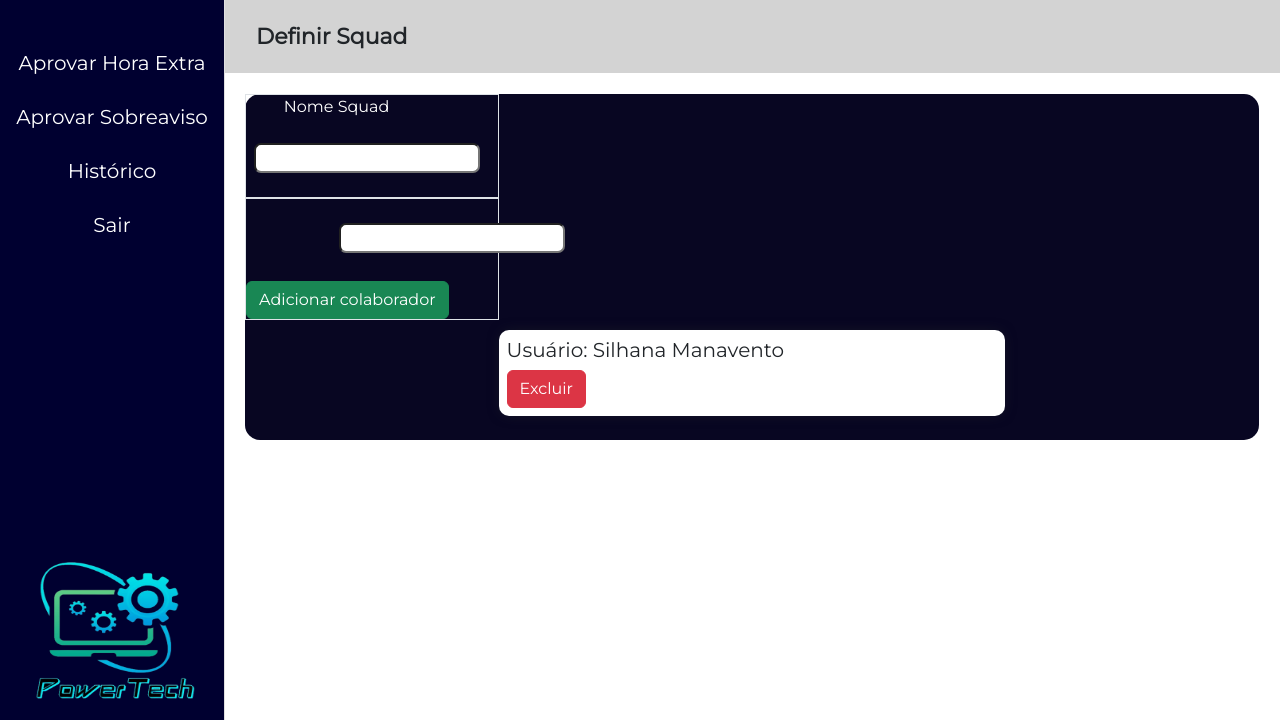
Repository: PowerTech-Fatec/API-2RP-NET
Page: /adm/squad (app in Sprint 3/2rp-web/)
These files come from the project's save history. The page is drawn as it stood at one moment and after the next save; the edit follows.
The browser window is 1280 px wide. The pictures show the whole page.
The project was rebuilt for these pictures with package versions that can differ from the ones it lists, and the page was loaded fresh each time. Also part of the build but not shown: Sprint 3/2rp-web/src/pages/login/login.js, Sprint 3/2rp-web/src/pages/home/dashboard.js, Sprint 3/2rp-web/src/pages/home/sobreaviso/sobreaviso.css, Sprint 3/2rp-web/src/pages/home/sobreaviso/sobreaviso.js, Sprint 3/2rp-web/src/pages/home/hora-extra/hora-extra.css, Sprint 3/2rp-web/src/pages/home/hora-extra/hora-extra.js, Sprint 3/2rp-web/src/components/cards/Cards.js, Sprint 3/2rp-web/src/pages/home/gestor/aprovar-hora-extra/gestor.js and 3 more.

Above is the page before, as saved 2022-11-02 16:28:00.

### Sprint 3/2rp-web/src/index.js
import React from 'react';
import ReactDOM from 'react-dom/client';
import './index.css';
import App from './App';
import reportWebVitals from './reportWebVitals';
import { BrowserRouter } from 'react-router-dom';
import 'bootstrap/dist/css/bootstrap.min.css';
import 'bootstrap-icons/font/bootstrap-icons.css';

import Popper from '@popperjs/core';
import 'bootstrap/dist/js/bootstrap.bundle.min';

const root = ReactDOM.createRoot(document.getElementById('root'));
root.render(
  <BrowserRouter>
    <App />
  </BrowserRouter>
);

// If you want to start measuring performance in your app, pass a function
// to log results (for example: reportWebVitals(console.log))
// or send to an analytics endpoint. Learn more: https://bit.ly/CRA-vitals
reportWebVitals();

### Sprint 3/2rp-web/src/App.js
import React from 'react'
import './App.css';
import { Routes, Route } from 'react-router-dom'
import Login from './pages/login/login'
import Dashboard from './pages/home/dashboard'
import Sobreaviso from './pages/home/sobreaviso/sobreaviso'
import HoraExtra from './pages/home/hora-extra/hora-extra'
import Gestor from './pages/home/gestor/aprovar-hora-extra/gestor'
import GestorSobreaviso from './pages/home/gestor/aprovar-sobreaviso/gestor-sobreaviso'
import GestorHistorico from './pages/home/gestor/historico/gestor-historico'
import Squad from './pages/home/adm/squad/def-squad'

function App() {
  return (
    <Routes>
      <Route path='/login' element={<Login />} />
      <Route path='/dashboard' element={<Dashboard />} />
      <Route path='/horaextra' element={<HoraExtra />} />
      <Route path='/sobreaviso' element={<Sobreaviso />} />
      <Route path='/gestor' element={<Gestor />} />
      <Route path='/gestor-sobreaviso' element={<GestorSobreaviso />} />
      <Route path='/gestor-historico' element={<GestorHistorico />} />
      <Route path='/adm/squad' element={<Squad />} />
      <Route path='*' element={<Login />} />
    </Routes>

  );
}

export default App;

### Sprint 3/2rp-web/src/App.css
@font-face {
    font-family: 'Montserrat';
    src: url(./assets/fonts/Montserrat-Regular.ttf);
}

*{
    font-family: 'Montserrat';
}

.ml-1{margin-left: 0.25rem;}
.ml-2{margin-left: 0.5rem;}
.ml-3{margin-left: 0.75rem;}
.ml-4{margin-left: 1rem;}
.ml-5{margin-left: 1.25rem;}

### Sprint 3/2rp-web/src/pages/home/adm/squad/def-squad.js
import Sidebar from "../../../../components/sidebar"
import Header from "../../../../components/header/header";
import Card from "../../../../components/cards/Squad"
import './def-squad.css'

import React, { Component, useEffect, useState } from 'react';


function Squad() {
    return (
        <Sidebar>
          <Header nome="Definir Squad"></Header>

          {/* linha 1: solitações, filtro */}
          <div className="background d-flex flex-column aling-itens-center">

            <div>
            <div className="border col-3">
            <span className="soli">
            <label className="font">Nome Squad</label> <input className="squad-name mt-4 mb-4 ml-2"></input>
            </span>
            </div>


            <div className="border col-3">
            <span className="filtroLabel">
            <input className="squad-name mt-4 mb-4"></input><button type="button" class="btn btn-success mt-1">Adicionar colaborador</button>
            </span>
            </div>


            {/* card info hora extra */}
            <div className="d-flex flex-column aling-itens-center">
            <Card
              Usuario = " Silhana Manavento"
            />

            </div>


            </div>

          </div>
        </Sidebar>
    )
}

export default Squad

### Sprint 3/2rp-web/src/pages/login/login.css
.login{
    background: #090d23
    ;
}
.fundo{
    background-color: #090d23;
    width: 300px;
    height: 50px;
    color: #fff;
}
.fundoback{
    background-color: #262d28;
}
.fundocolor{
    background-color: #090d23;
}
.background{
    background-color: #9A9696;
}
.height{
    height: 100vh;

}
.tpm{
    margin-top: 150px;
}
.input{
    width: 350px;
    height: 40px;
}
.marg{
    margin-top: 100px;
    margin-left: 180px;
}
.svg{
    margin-top: 3px;
}

### Sprint 3/2rp-web/src/components/sidebar.js
import { Drawer, useTheme } from '@mui/material'
import { Box } from '@mui/system'
import './Sidebar.css'
import { Link } from 'react-router-dom'

import React from 'react'

function Sidebar({ children }) {
    const theme = useTheme();




    return (
        <>

            <Drawer variant='permanent'>
                <Box width={theme.spacing(28)} height={theme.spacing(100)} className ='side-bar  '>
                     <div className='texto mt-5'>

                                {/* <Link to='/dashboard' className ='side-links mt-4'>
                                    Dashboard
                                </Link>
                                <Link to='/horaextra' className ='side-links mt-4'>
                                    Apontar Hora Extra
                                </Link>
                                <Link to='/sobreaviso' className ='side-links mt-4' >
                                    Apontar Sobreaviso
                                </Link> */}

                                {/* Associar a lista de link */}
                                {/* <Link to='/gestor-dashboard' className ='side-links mt-4' >
                                    Dashboard
                                </Link> */}
                                <Link to='/gestor' className ='side-links mt-4' >
                                        Aprovar Hora Extra
                                </Link>
                                <Link to='/gestor-sobreaviso' className ='side-links mt-4' >
                                    Aprovar Sobreaviso
                                </Link>
                                <Link to='/gestor-historico' className ='side-links mt-4' >
                                    Histórico
                                </Link>


                                <Link to='/login' className ='side-links mt-4' >
                                    Sair
                                </Link>

                    </div>
                    <div className='footer'>
                        <img src={require('../assets/powertech.png')} height='140px' width='160px' />
                    </div>
                </Box>
            </Drawer>

            <Box height="100vh" marginLeft={theme.spacing(28)}>
                {children}
            </Box>
        </>
    );
}

export default Sidebar

### Sprint 3/2rp-web/src/components/header/header.js
import './header.css'

import React from 'react'

function Header(props) {

    return (
        <>
            <div className='bg-title'>
                <span className='title'>{props.nome}</span>
            </div>
        </>
    );
}

export default Header

### Sprint 3/2rp-web/src/pages/home/gestor/aprovar-hora-extra/gestor.css
.background{
    margin-top: 2%;
    margin-left: 2%;
    margin-right: 2%;
    border-radius: 15px;

    background-color: #080622;
}

/* .filtro{
    width: 20%;
} */

/* /* .soli{
    margin-left: 15%;
} */

.filtroLabel{
    margin-left: 37%;
} */

.font{
    color: white;
}

### Sprint 3/2rp-web/src/pages/home/gestor/aprovar-sobreaviso/gestor-sobreaviso.css
.background{
    margin-top: 2%;
    margin-left: 2%;
    margin-right: 2%;
    border-radius: 15px;

    background-color: #080622;
}

.filtro{
    width: 20%;
}

.soli{
    margin-left: 15%;
}

.filtroLabel{
    margin-left: 37%;
}

.font{
    color: white;
}

### Sprint 3/2rp-web/src/pages/home/gestor/historico/gestor-historico.css
.background{
    margin-top: 2%;
    margin-left: 2%;
    margin-right: 2%;
    border-radius:   15px;

    background-color: #080622;
}

.filtro{
    width: 20%;
}

.soli{
    margin-left: 15%;
}

.filtroLabel{
    margin-left: 37%;
}

.font{
    color: white;
}

### Sprint 3/2rp-web/src/components/cards/Squad.js
import React from "react";
import './Squad.css'

function Card(props) {
    return(
        <div className="card-container mb-4 col-6 offset-3">
            <div className="card-content">

            <div className="card-title ml-2 mt-2">
                <span>
                <h5>Usuário: {props.Usuario}</h5>
                <button type="button" class="btn btn-danger mb-2">Excluir</button>
                </span>
            </div>

            </div>

        </div>
    )
}

export default Card

### Sprint 3/2rp-web/src/pages/home/adm/squad/def-squad.css
.background{
    margin-top: 2%;
    margin-left: 2%;
    margin-right: 2%;
    border-radius: 15px;

    background-color: #080622;
}

.filtro{
    width: 20%;
}

.soli{
    margin-left: 15%;
}

.filtroLabel{
    margin-left: 37%;
}

.font{
    color: white;
}

.squad-name{
    border-radius: 7px;
}

### Sprint 3/2rp-web/src/components/Sidebar.css
.side-links {
    color: #fff;
    text-decoration: none;
    font-size: 20px;
    display: flex;
    justify-content: center;
}

.side-bar {
    background-color: #000030;
}

.footer{
    margin-bottom: 20px;
    margin-left: 35px;
    position: absolute;
    bottom: 0;
}

### Sprint 3/2rp-web/src/components/header/header.css
.bg-title{
    background-color: lightgray;
    padding: 20px 0px;
}

.title{
    font-size: 22px;
    font-weight: bold;
    margin-left: 2rem;
}

### Sprint 3/2rp-web/src/components/cards/Cards.css
.card-container{
    width: 900px;
    overflow: hidden;
    box-shadow: 0px 0px 15px -5px;
    border-radius: 10px;
    /* margin-left: 15%; */
    margin-top: 10px;

    background-color: white;
}

### Sprint 3/2rp-web/src/components/cards/Squad.css
.card-container{
    width: 600px;
    overflow: hidden;
    box-shadow: 0px 0px 15px -5px;
    border-radius: 10px;
    /* margin-left: 15%; */
    margin-top: 10px;

    background-color: white;
}

Loaded but not shown: Sprint 3/2rp-web/public/index.html (common file); Sprint 3/2rp-web/src/index.css (common file); Sprint 3/2rp-web/src/reportWebVitals.js (common file)

After the next save:
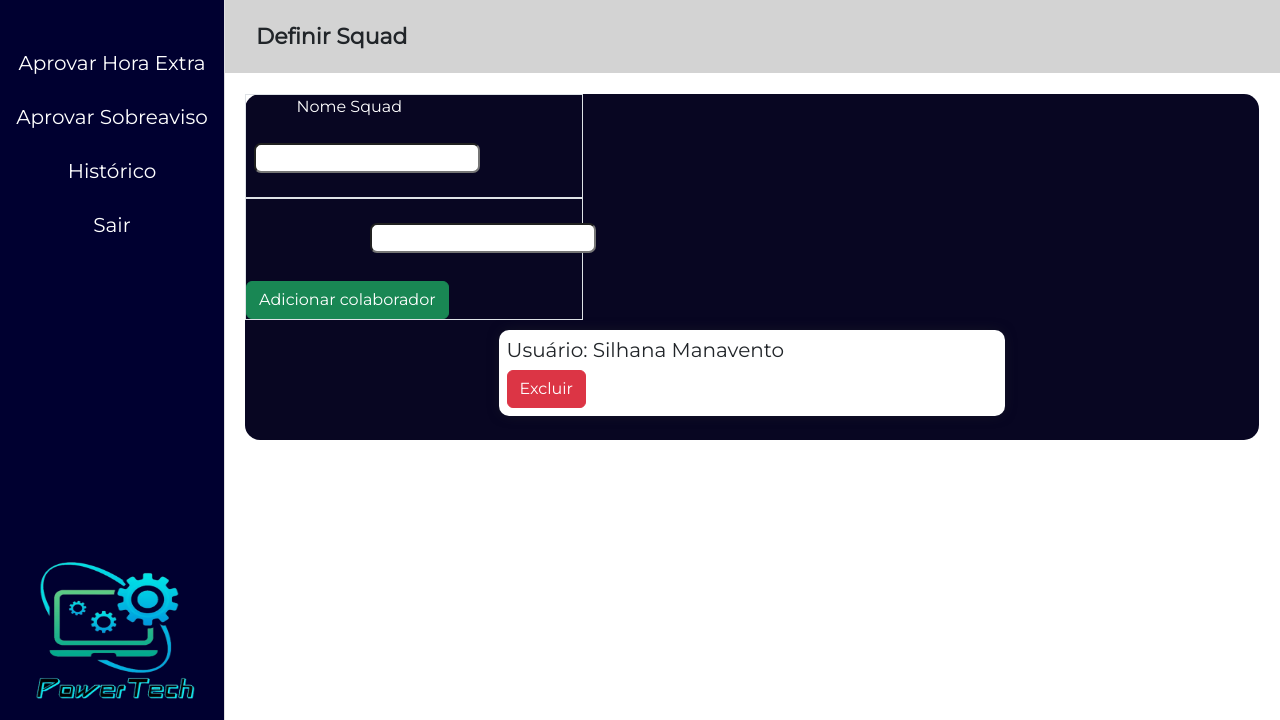
Saved 8 s later.
--- a/Sprint 3/2rp-web/src/pages/home/adm/squad/def-squad.js
+++ b/Sprint 3/2rp-web/src/pages/home/adm/squad/def-squad.js
@@ -15,14 +15,14 @@ function Squad() {
           <div className="background d-flex flex-column aling-itens-center">
 
             <div>
-            <div className="border col-3">
+            <div className="border col-4">
             <span className="soli">
             <label className="font">Nome Squad</label> <input className="squad-name mt-4 mb-4 ml-2"></input>
             </span>
             </div>
 
 
-            <div className="border col-3">
+            <div className="border col-4">
             <span className="filtroLabel">
             <input className="squad-name mt-4 mb-4"></input><button type="button" class="btn btn-success mt-1">Adicionar colaborador</button>
             </span>
